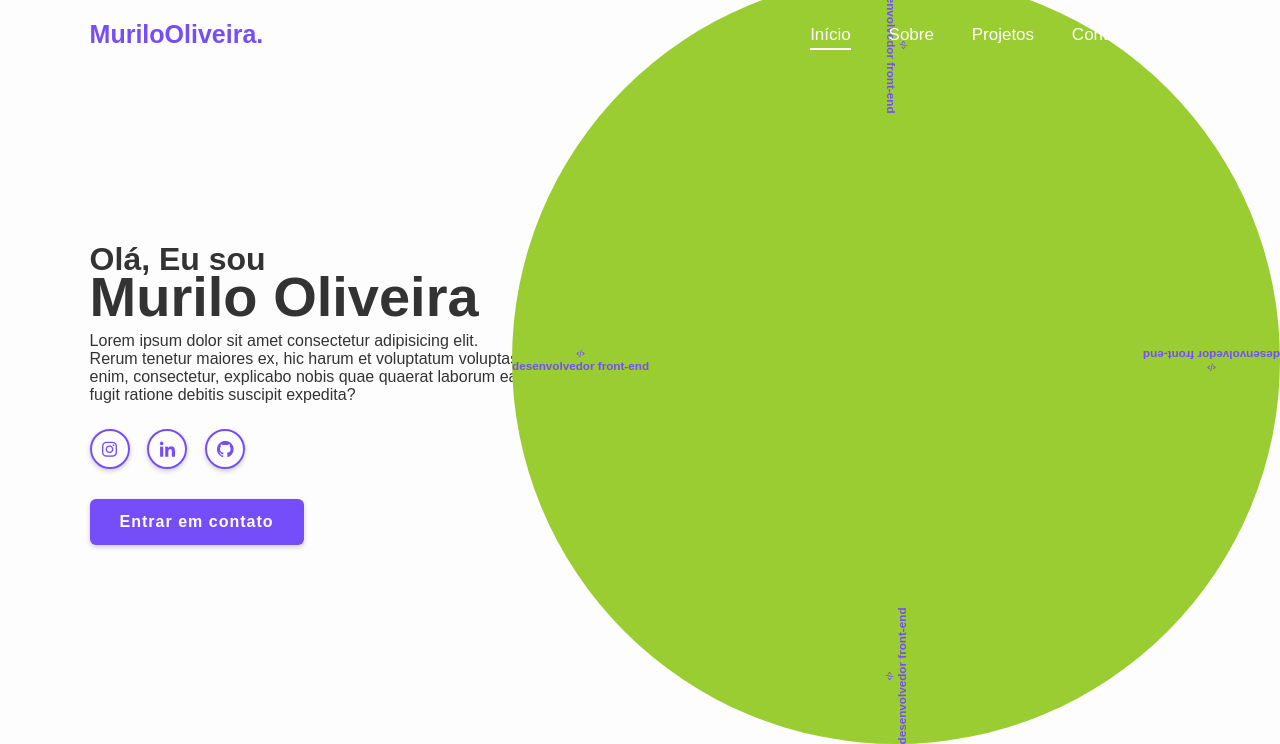
Repository: devMuriloOliveira/Portfolio-
Page: index.html
The author's editor kept a copy of each file at every save. The page is drawn from the files as they stood at one save, then again after the next save.
The browser window is 1280 px wide. The pictures show the whole page.
Some web fonts or font styles are not loaded; a fallback is used.

Above is the page before, as saved 2023-03-11 15:07:37.

After the next save:
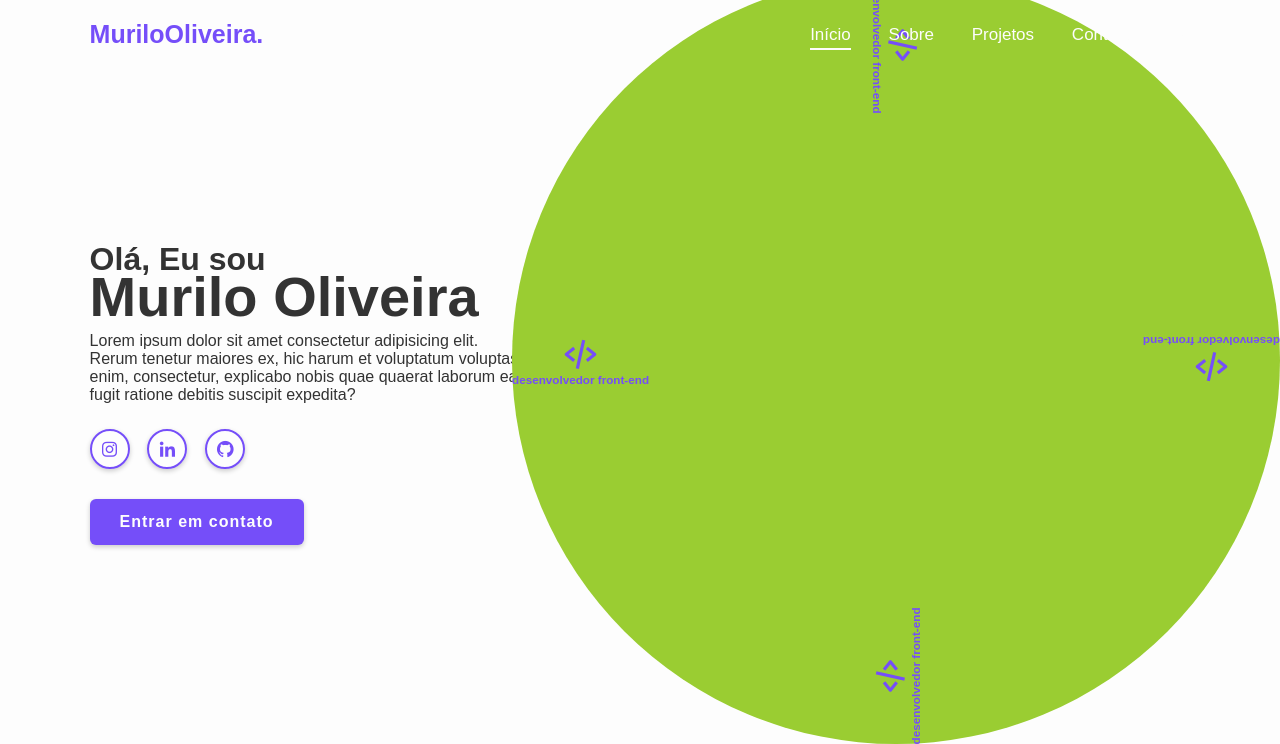
Saved 63 s later.
--- a/style.css
+++ b/style.css
@@ -177,3 +177,7 @@ section{
   transform: rotate(calc(360deg / 4 * var(--i)));
   transform-origin: 384px;
 }
+
+.inicio .profession i{
+  font-size: 3.8rem;
+}
